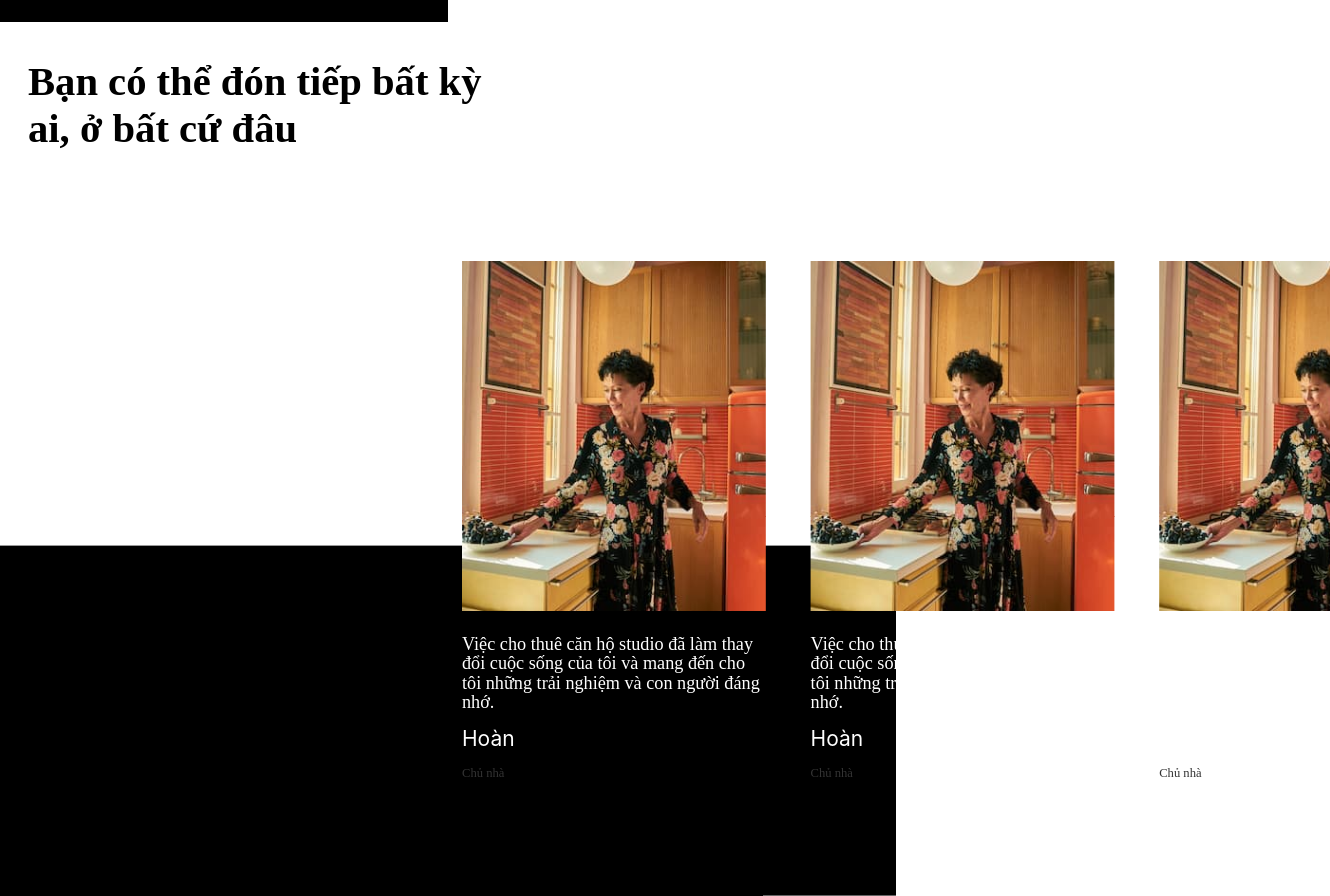
Repository: HoanTiny/AirbnbClone
Page: page3.html
These files come from the project's save history. The page is drawn as it stood at one moment and after the next save; the edit follows.
The browser window is 1280 px wide. The page is 1900 px wide, so the pictures cover 1900 px, including what lies to the right of the window. The pictures show the part of the page from y = 688 to 1968 px (the page is 1968 px tall), at 70% of full size.
Pictures or frames that could not be fetched are drawn as grey boxes.

Above is the page before, as saved 2021-09-13 11:37:01.

After the next save:
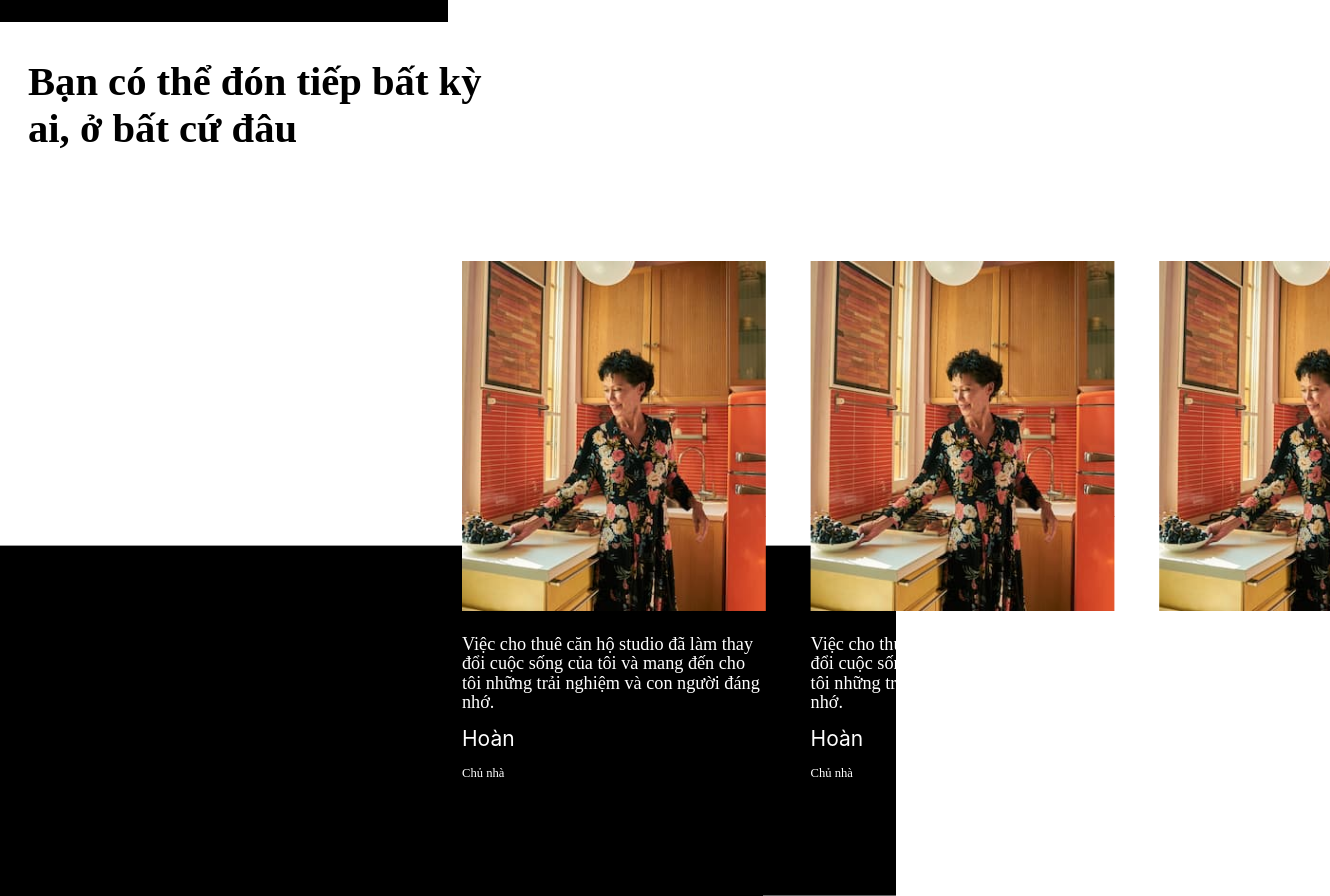
Saved 8 s later.
--- a/acess/css/mainpage3.css
+++ b/acess/css/mainpage3.css
@@ -126,7 +126,7 @@
 }
 
 .home__img-text-admin-home {
-    color: var(--text-color);
+    color: var(--white-color);
     font-size: 1.8rem;
 }
 
